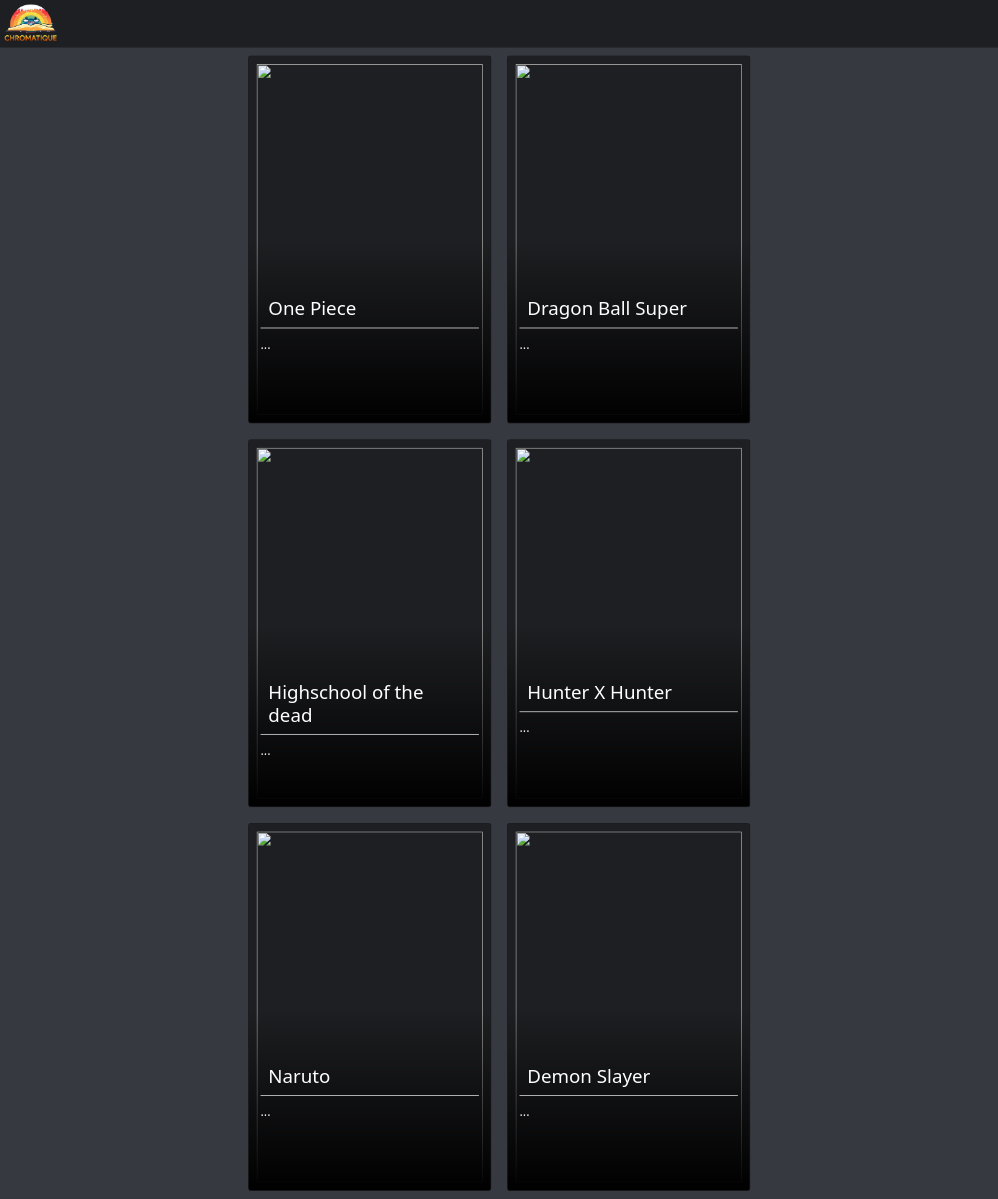
Repository: Codesieg/Chromatique
Page: http://localhost/
The author's editor kept a copy of each file at every save. The page is drawn from the files as they stood at one save, then again after the next save.
The browser window is 1280 px wide. The pictures show the whole page, at 78% of full size.
Some icons come from a web library that is not loaded, so they are not drawn. The page is served by the project's Laravel application, run on PHP 8.4 with Laravel 8. The database holds what the project's SQL file puts in it.

Above is the page before, as saved 2021-06-01 13:56:04.
Console error: TypeError: Cannot read properties of null (reading 'classList')

After the next save:
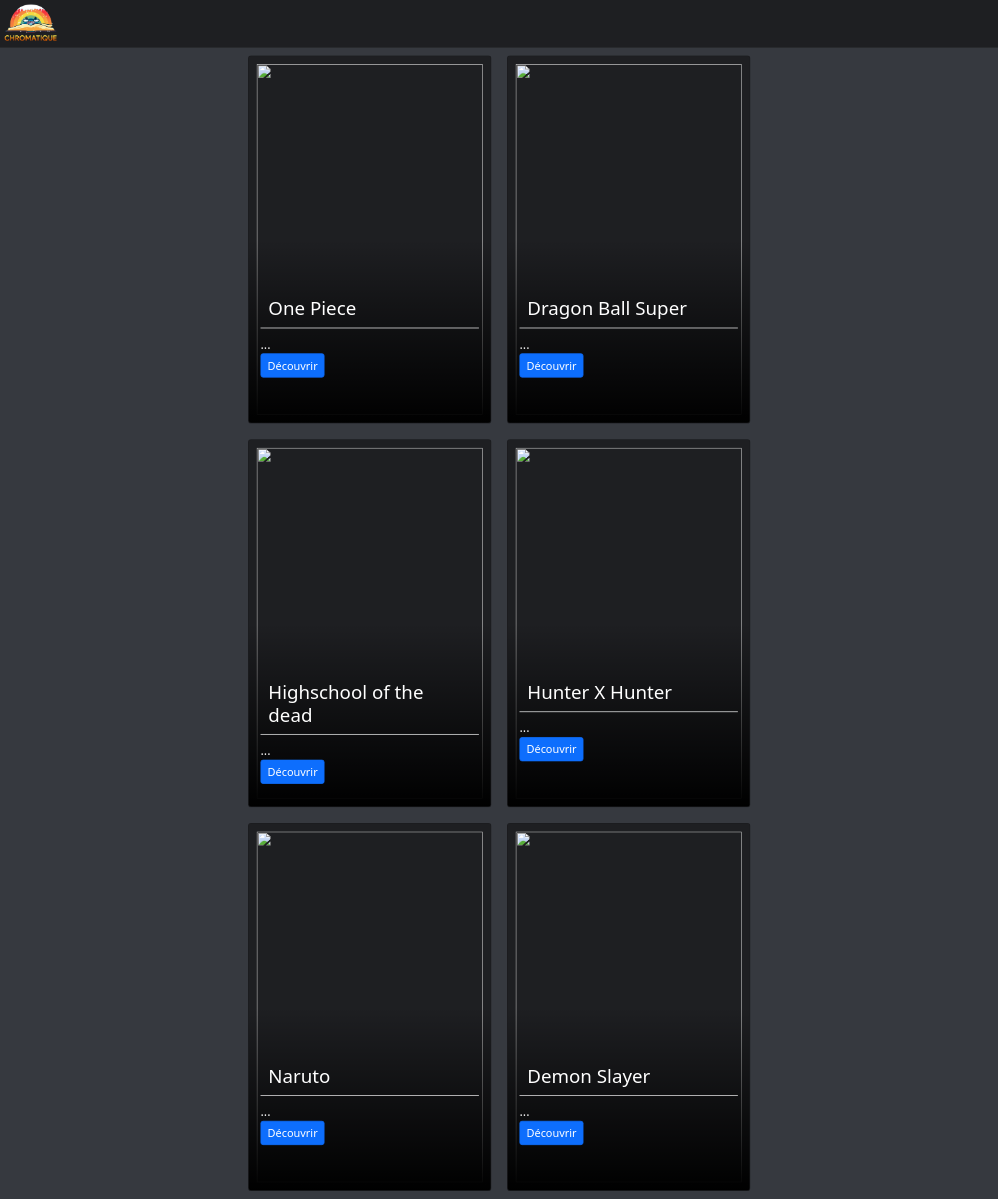
Saved 109 s later.
--- a/chromatique/resources/views/mangas/home.blade.php
+++ b/chromatique/resources/views/mangas/home.blade.php
@@ -11,6 +11,7 @@
                             <div class="main-text">
                                 <h1 class="white title">{{$manga->manga_name}}</h1>
                                 <p class="synopsis"><?= substr($manga->manga_synopsis, 0, 100) ?>...</p>
+                                <button type="button" class="btn btn-primary btn-sm"> Découvrir</button>
                             </div>
                         </div>
                     </a>
